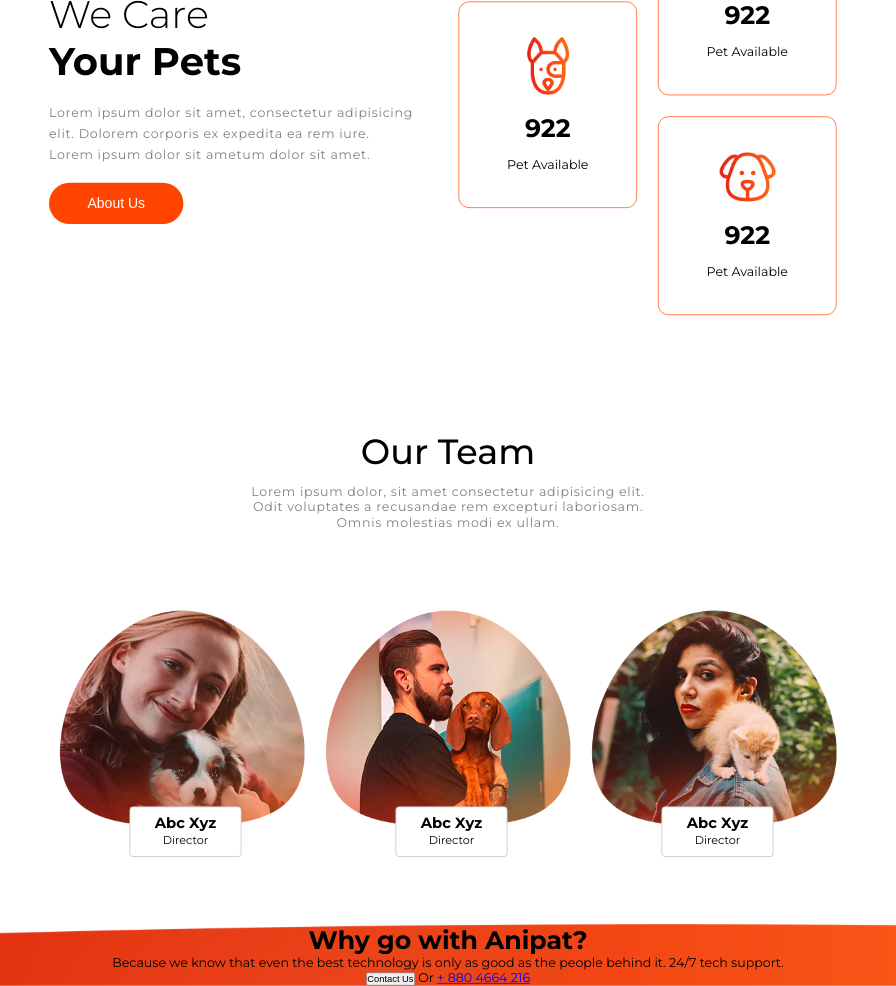
Repository: giahuy405/Day_2_Anipat
Page: index.html
The author's editor kept a copy of each file at every save. The page is drawn from the files as they stood at one save, then again after the next save.
The browser window is 1280 px wide. The pictures show the part of the page from y = 2503 to 4423 px (the page is 3911 px tall before and 4423 px after), at 70% of full size.

Above is the page before, as saved 2022-09-09 00:12:34.

### index.html
<!DOCTYPE html>
<html lang="en">
<head>
    <meta charset="UTF-8">
    <meta http-equiv="X-UA-Compatible" content="IE=edge">
    <meta name="viewport" content="width=device-width, initial-scale=1.0">
    <title>Anipat</title>
    <link rel="stylesheet" href="https://cdnjs.cloudflare.com/ajax/libs/font-awesome/6.2.0/css/all.min.css">
    <link href="https://fonts.googleapis.com/css2?family=Montserrat:wght@300;400;500;700&display=swap" rel="stylesheet">
    <link rel="stylesheet" href="./css/index.css">
</head>
<body>
    <header>
        <div class="header-top">
            <div class="container">
                <div class="header__contact">
                    <a href="#">+880 4664 216 </a>
                    <span>Mon - Sat 10:00 - 7:00</span>
                </div>
                <div class="header__social">
                    <ul>
                        <li><a href="#"><i class="fa-brands fa-facebook-f"></i></a></li>
                        <li><a href="#"><i class="fa-brands fa-pinterest-p"></i></a></li>
                        <li><a href="#"><i class="fa-brands fa-google-plus-g"></i></a></li>
                        <li><a href="#"><i class="fa-brands fa-linkedin-in"></i></a></li>
                    </ul>
                </div>
                <div class="clear"></div>
            </div>
        </div>
        <div class="header-bottom container">
            <img src="./img/logo.png" alt="Logo">
            <ul>
                <li><a href="#">Home</a></li>
                <li><a href="#">About</a></li>
                <li><a href="#">Blog</a></li>
                <li><a href="#">Pages</a></li>
                <li><a href="#">Services</a></li>
                <li><a href="#">Contact</a></li>
            </ul>
            <div class="clear"></div>
        </div>

    </header>
    <div class="carousel">
        <div class="container">
            <div class="carousel__content">
                <h1>We Care</h1>
                <h2>Your Pets</h2>
                <p>Lorem ipsum dolor sit amet, consectetur adipisicing elit. Dolorem corporis ex expedita ea rem iure.</p>
                <button>Contact Us</button>
            </div>
            <div class="carousel__dog">
                <img src="./img/dog.png" alt="Dog">
            </div>
            <div class="clear"></div>
        </div>
    </div>
    <div class="service">
        <div class="service-top">
            <h1>Services for every dog</h1>
            <p>Lorem ipsum dolor sit amet, consectetur adipiscing elit, sed do eiusmod tempor incididunt ut labore et dolore magna</p>
        </div>
        <div class="service-bottom container">
            <div class="service-card">
                <div class="service__item">
                    <div class="service__background">
                        <img src="./img/service_icon_1.png" alt="">
                    </div>
                    <h2>Pet Boarding</h2>
                    <p>Lorem, ipsum dolor sit amet consectetur adipisicing elit. Quasi asperiores</p>
                </div>
            </div>
            <div class="service-card">
                <div class="service__item">
                    <div class="service__background">
                        <img src="./img/service_icon_2.png" alt="">
                    </div>
                    <h2>Pet Boarding</h2>
                    <p>Lorem, ipsum dolor sit amet consectetur adipisicing elit. Quasi asperiores</p>
                </div>
            </div>
            <div class="service-card">
                <div class="service__item">
                    <div class="service__background">
                        <img src="./img/service_icon_3.png" alt="">
                    </div>
                    <h2>Pet Boarding</h2>
                    <p>Lorem, ipsum dolor sit amet consectetur adipisicing elit. Quasi asperiores</p>
                </div>
            </div>
            <div class="clear"></div>
        </div>
    </div>
    <div class="netcare container">
        <div class="netcare__cat">
            <img src="./img/pet_care.png" alt="pet care">
        </div>
        <div class="netcare__content">
                <h1>We Care</h1>
                <h2>Your Pets</h2>
                <p>Lorem ipsum dolor sit amet, consectetur adipisicing elit. Dolorem corporis ex expedita ea rem iure. Lorem ipsum dolor, sit amet consectetur adipisicing elit. In, sint.</p>
                <button>Contact Us</button>
        </div>
        <div class="clear"></div>
    </div>
    <div class="care">
        <div class="container">
            <div class="care__content">
                <h1>We Care</h1>
                <h2>Your Pets</h2>
                <p>Lorem ipsum dolor sit amet, consectetur adipisicing elit. Dolorem corporis ex expedita ea rem iure. Lorem ipsum dolor sit ametum dolor sit amet.</p>
                <button>About Us</button>
            </div>
            <div class="care__items">
                <div class="care__item">
                    <div class="care__card care__card--left">
                        <div class="care__desc">
                            <img src="./img/1.png" alt="">
                            <h1>922</h1>
                            <p>Pet Available</p>
                        </div>
                    </div>
                </div>
                <div class="care__item">
                    <div class="care__card">
                        <div class="care__desc">
                            <img src="./img/2.png" alt="">
                            <h1>922</h1>
                            <p>Pet Available</p>
                        </div>
                    </div>
                    <div class="care__card">
                        <div class="care__desc">
                            <img src="./img/3.png" alt="">
                            <h1>922</h1>
                            <p>Pet Available</p>
                        </div>
                    </div>
                </div>
                <div class="clear"></div>
            </div>
            <div class="clear"></div>
        </div>
    </div>
    <div class="team container">
        <div class="team-top">
            <h1>Our Team</h1>
            <p>Lorem ipsum dolor, sit amet consectetur adipisicing elit. Odit voluptates a recusandae rem excepturi laboriosam. Omnis molestias modi ex ullam.</p>
        </div>
        <div class="team-bottom">
            <div class="team__card">
                <img src="./img/team1.png" alt="">
                <div class="team__box">
                    <div class="team__content">
                        <h3>Abc Xyz</h3>
                        <p>Director</p>
                    </div>
                </div>
            </div>
            <div class="team__card">
                <img src="./img/team2.png" alt="">
                <div class="team__box">
                    <div class="team__content">
                        <h3>Abc Xyz</h3>
                        <p>Director</p>
                    </div>
                </div>
            </div>
            <div class="team__card">
                <img src="./img/team3.png" alt="">
                <div class="team__box">
                    <div class="team__content">
                        <h3>Abc Xyz</h3>
                        <p>Director</p>
                    </div>
                </div>
            </div>
            <div class="clear"></div>
        </div>
    </div>
    <div class="banner">
        <div class="banner-top">
            <h1>Why go with Anipat?</h1>
            <p>Because we know that even the best technology is only as good as the people behind it. 24/7 tech support.</p>
        </div>
        <div class="banner-bottom">
            <button>Contact Us</button>
            <span>Or</span>
            <a href="#"> + 880 4664 216</a>
        </div>
    </div>
</body>
</html>

### css/index.css
*{
    padding: 0;
    margin: 0;
    box-sizing: border-box;
}
.clear{
    clear: both;
}
html{
    font-size: 18px;
    font-family: 'Montserrat', sans-serif;
}
.container{
    width: 1140px;
    margin: 0 auto;
}
.header__contact{
    float: left;
}
.header__social{
    float: right;
}
.header-top{
    background-color: black;
    padding: 15px;
}
.header__contact a{
     color: white;
     text-decoration: none;
     transition: all 0.2s;
}
.header__contact a:hover{
    color: red;
}
.header__contact span{
    color: white;
    margin-left: 35px;
}
.header__social ul,.header-bottom ul{
    list-style: none;
}
.header__social li,.header-bottom li{
    display: inline;
    margin-left: 35px;
}
.header__social i{
    color: white;
    transition: all 0.2s;
}
.header__social i:hover{
    color: red;
}
.header-bottom ul{
    float: right;
}
.header-bottom a{
    text-decoration: none;
    font-weight: bold;
    color: black;
    transition: all 0.2;
    line-height: 40px;
}
.header-bottom a:hover{
    color: red;
}
.header-bottom{
    padding: 20px 0;
}
.carousel{
    background-image: url(../img/banner.png);
    background-position: center bottom;
    background-repeat: no-repeat;
    background-size: 100%;
    height: 600px;
    position: relative;
    margin-bottom: 150px;
}
.carousel__content{
    float: left;
    width: 33%;
    padding-top: 100px;
}
.carousel__dog{
    float: left;
    width: 67%;
    position: absolute;
    top: -10px;
    left: 315px;
    padding: 30px;
}
.carousel__content h1{
    color: white;
    font-size: 70px;
    font-weight: 300;
}
.carousel__content h2{
    color: white;
    font-size: 70px;
    font-weight: 700;
}
.carousel__content p{
    color: white;
    line-height: 30px;
    letter-spacing: 1px;
    margin: 20px 0;
}
.carousel__content button{
    padding: 19px 50px;
    border-radius: 30px;
    border: none;
    font-size: 18px;
    background-color: white;
    color: orangered;
    cursor: pointer;
}
.carousel__content button:hover{
    background-color: orangered;
    color: white;
}
.carousel__dog img{
    width: 100%;

}
.service{
    text-align: center;
    margin-bottom: 100px;
}
.service-top h1{
    font-weight: 500;
    font-size: 50px;
    margin-bottom: 15px;
}
.service-top p{
    padding: 0 300px;
    color: grey;
}
.service-top{
    margin-bottom: 150px;
}
.service-card{
    float: left;
    width: 33.3333%;
}
.service__background{
    background-image: url(../img/service_icon_bg_1.png);
    width: 161px;
    height: 143px;
    background-position: center;
    margin: 0 auto;
}
.service__item{
    border: 1px solid orangered;
    border-radius: 15px;
    padding: 60px 40px;
}
.service-card{
    padding: 20px;
}
.service__item img{
    padding-top: 35px;
}
.service__item h2{
    margin: 30px 0;
}
.service__item p{
    color: grey;
    line-height: 30px;
}
.netcare__cat{
    float: left;
    width: 40%;
}
.netcare__content{
    float: left;
    width: 60%;
    padding-right: 100px;
    padding-top: 75px;
    padding-left: 60px;
}
.netcare__cat img{
    width: 100%;
}
.netcare__content h1,.care__content h1{
    color: black;
    font-size: 55px;
    font-weight: 300;
}
.netcare__content h2,.care__content h2{
    color: black;
    font-size: 55px;
    font-weight: 700;
}
.netcare__content p,.care__content p{
    color: grey;
    line-height: 30px;
    letter-spacing: 1px;
    margin: 25px 0;
}
.netcare__content button,.care__content button{
    padding: 18px 55px;
    border-radius: 30px;
    border: none;
    background-color: orangered;
    color: white;
    font-size: 20px;
    cursor: pointer;
    transition: all 0.2s;
}
.netcare__content button:hover,.care__content  button:hover{
    background-color: white;
    border: 1px solid orangered;
    color: orangered;
}
.care__content,.care__items,.care__item{
    float: left;
    width: 50%;
}
.care__content{
    padding-right: 50px;
    padding-top: 150px;
}
.care__desc{
    border: 1px solid orangered;
    border-radius: 15px;
   padding: 50px 20px;
}
.care__card{
    text-align: center;
    margin-bottom: 30px;
}
.care__item{
     padding: 15px;
}
.care__card--left{
    margin-top: 150px;
}
.care__item h1{
    margin: 20px 0;
}
.team{
    text-align: center;
    margin-top: 120px;
    margin-bottom: 120px;
}
.team-top h1{
    font-weight: 500;
    font-size: 50px;
}
.team-top p{
    padding: 0 250px;
    letter-spacing: 1px;
    color: grey;
    margin: 15px;
}
.team__card{
    float: left;
    width: 33.333%;
    padding: 15px;
    position: relative;
}
.team-bottom{
    margin-top: 100px;
}
.team__card img{
    width: 100%;
}
.team__content{
    border: 1px solid rgb(190, 190, 190);
    border-radius: 5px;
    padding: 10px 35px;
    background-color:white;
}
.team__box{
    position: absolute;
    top: 295px;
    left: 115px;
}
.team__content p{
    font-size: 16px;
    line-height: 25px;
}
.banner{
    text-align: center;
    background-image: url(../img/contact_bg.png);
}

After the next save:
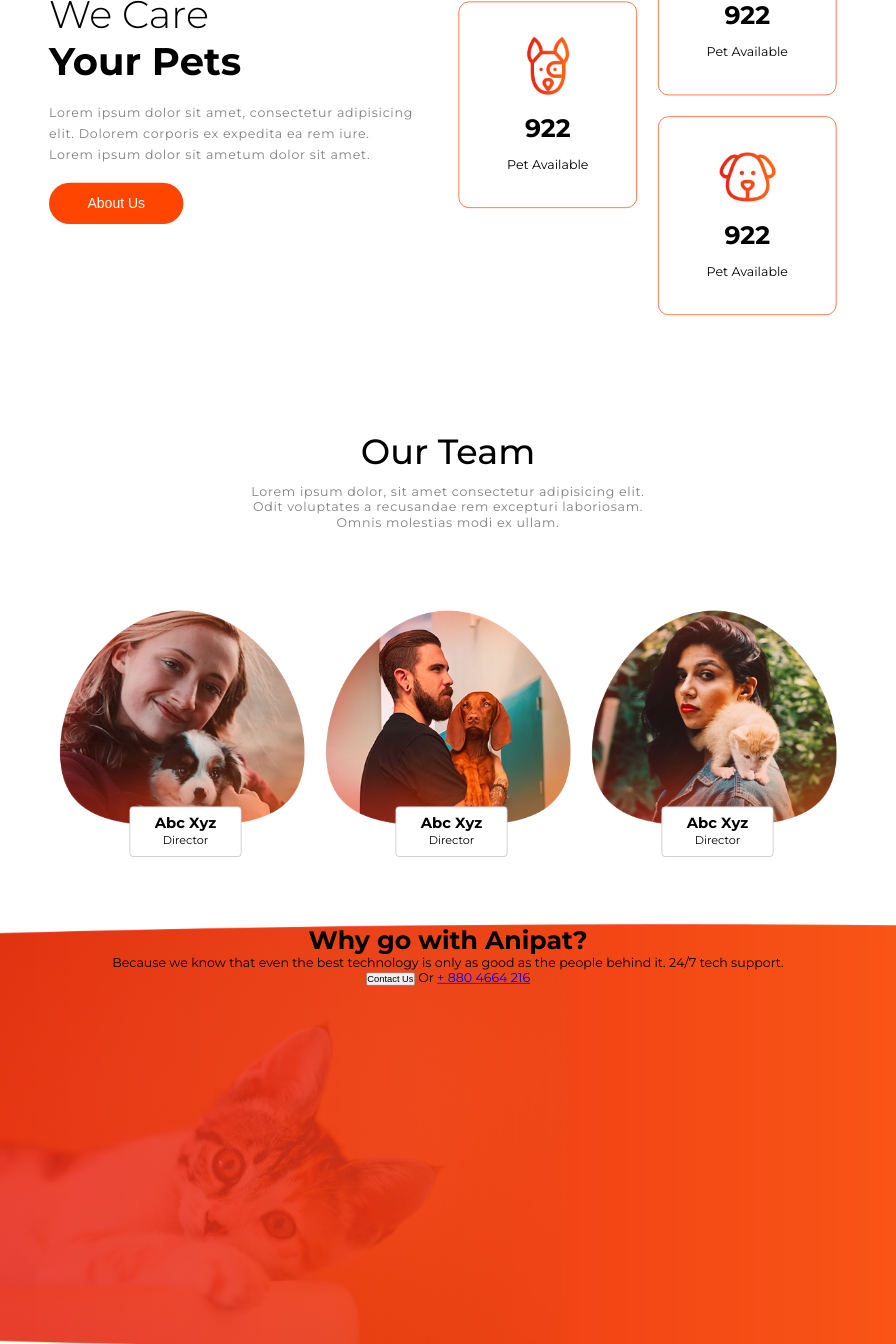
Saved 5 s later.
--- a/css/index.css
+++ b/css/index.css
@@ -282,4 +282,5 @@ html{
 .banner{
     text-align: center;
     background-image: url(../img/contact_bg.png);
-}
+    height: 600px;
+}
